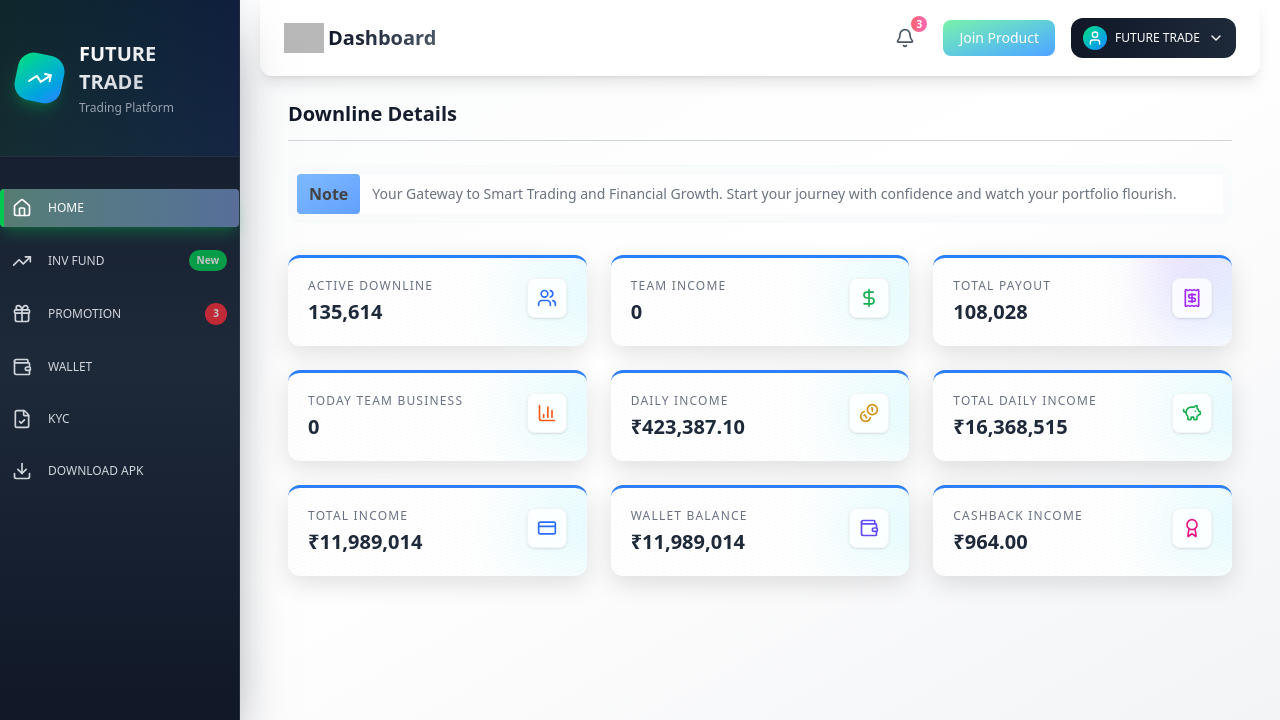
Repository: GauraVPandeyyy/Trade
Page: /
An editor plug-in stored every save of this project. The page is shown before and after the next save, followed by the edit.
The browser window is 1280 px wide. The pictures show the whole page.
Pictures or frames that could not be fetched are drawn as grey boxes. The project was rebuilt for these pictures with package versions that can differ from the ones it lists, and the page was loaded fresh each time. Some packages were replaced by stand-ins written for this rebuild. Also part of the build but not shown: vite.config.js, src/pages/Home.jsx, src/pages/InvFund.jsx, src/pages/Promotion.jsx, src/pages/Wallet.jsx, src/pages/Kyc.jsx, src/pages/DownloadApk.jsx.

Above is the page before, as saved 2025-08-02 13:39:01.

After the next save:
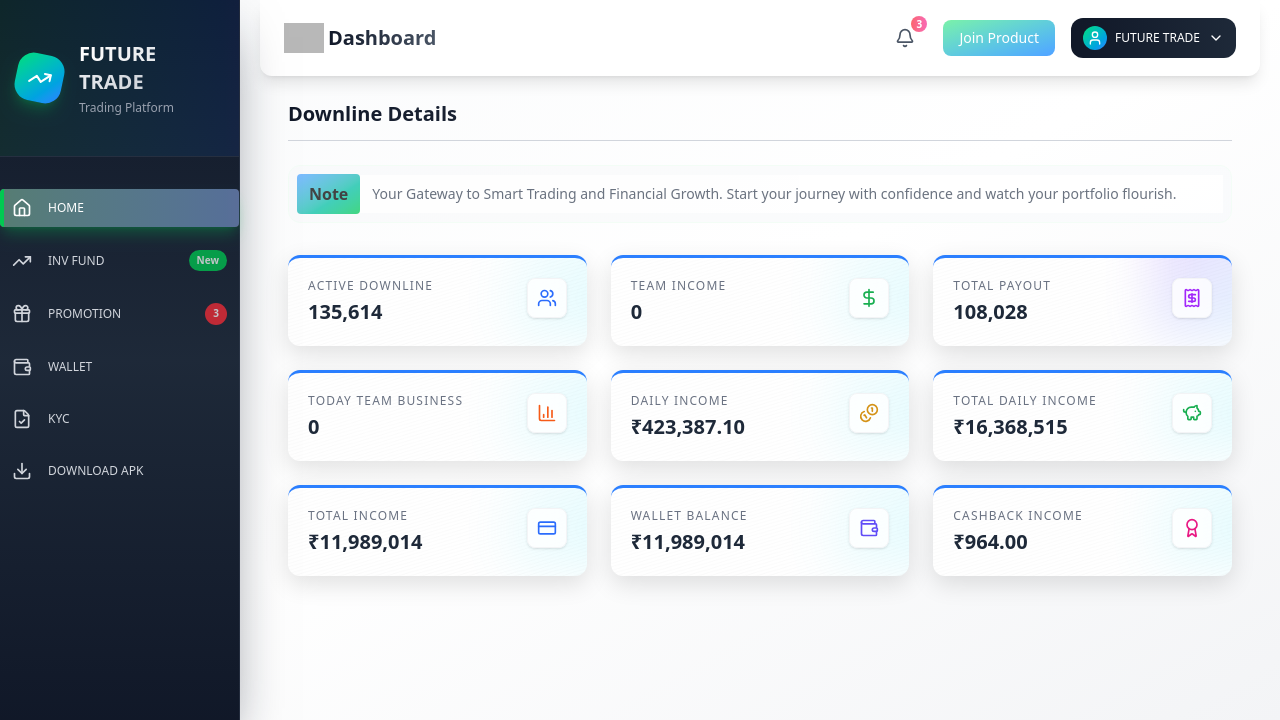
Saved 6 s later.
--- a/src/pages/Dashboard.jsx
+++ b/src/pages/Dashboard.jsx
@@ -106,7 +106,7 @@
                   <Gift size={20} />
                 </div> */}
 
-                <h5 className='font-bold bg-gradient-to-br from-blue-400 to-blue-500 px-3 py-2 rounded'>
+                <h5 className='font-bold bg-gradient-to-br from-blue-400 to-green-500 px-3 py-2 rounded'>
                   Note
                 </h5>
 
